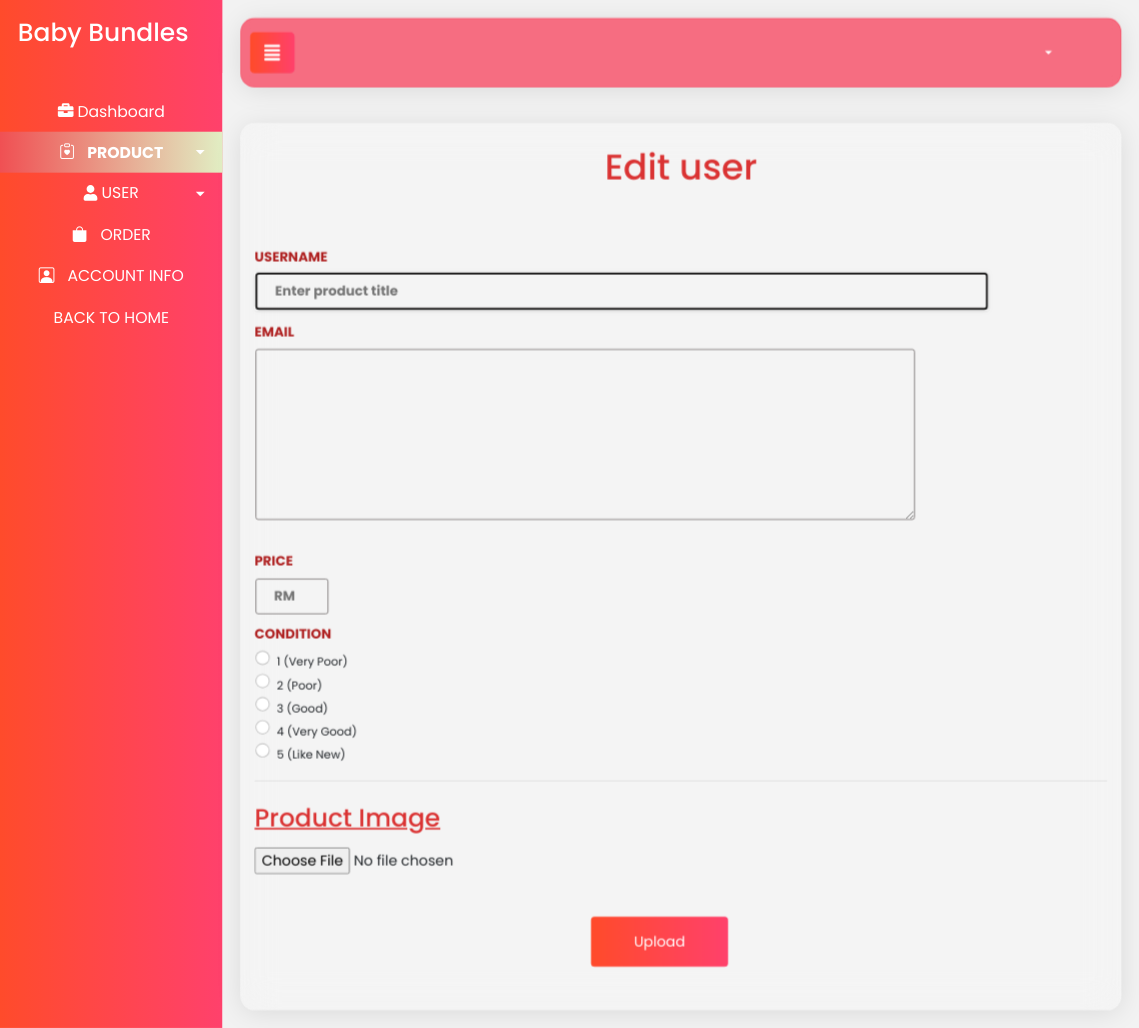
Repository: jiahow99/Baby-Bundles-University
Page: http://localhost/admin-edituser.php
The author's editor kept a copy of each file at every save. The page is drawn from the files as they stood at one save, then again after the next save.
The browser window is 1280 px wide. The pictures show the whole page, at 89% of full size.
Some web libraries are served in a nearby version. The page is run by PHP 8.4 with error messages shown; the project is at /var/www/html/.

Above is the page before, as saved 2022-11-25 00:57:45.

### admin-edituser.php
<!DOCTYPE html>
<html>

<head>
    <meta charset="utf-8">
    <meta name="viewport" content="width=device-width, initial-scale=1.0">
    <meta http-equiv="X-UA-Compatible" content="IE=edge">

    <title>Admin-Product</title>

    <!-- Bootstrap CSS CDN -->
    <link rel="stylesheet" href="https://stackpath.bootstrapcdn.com/bootstrap/4.1.0/css/bootstrap.min.css" integrity="sha384-9gVQ4dYFwwWSjIDZnLEWnxCjeSWFphJiwGPXr1jddIhOegiu1FwO5qRGvFXOdJZ4" crossorigin="anonymous">
    <!-- Our Custom CSS -->
    <link rel="stylesheet" href="css/admin.style.css">

    <!-- Font Awesome JS -->
    <script defer src="https://use.fontawesome.com/releases/v5.0.13/js/solid.js" integrity="sha384-tzzSw1/Vo+0N5UhStP3bvwWPq+uvzCMfrN1fEFe+xBmv1C/AtVX5K0uZtmcHitFZ" crossorigin="anonymous"></script>
    <script defer src="https://use.fontawesome.com/releases/v5.0.13/js/fontawesome.js" integrity="sha384-6OIrr52G08NpOFSZdxxz1xdNSndlD4vdcf/q2myIUVO0VsqaGHJsB0RaBE01VTOY" crossorigin="anonymous"></script>
    <!-- Bootstrap Icon -->
    <link rel="stylesheet" href="https://cdn.jsdelivr.net/npm/bootstrap-icons@1.3.0/font/bootstrap-icons.css">
    <!-- JQuery -->
    <script src="https://code.jquery.com/jquery-3.5.1.min.js"></script>
    <!-- Bootstrap Icon -->
    <link rel="stylesheet" href="https://cdn.jsdelivr.net/npm/bootstrap-icons@1.9.1/font/bootstrap-icons.css" integrity="sha384-xeJqLiuOvjUBq3iGOjvSQSIlwrpqjSHXpduPd6rQpuiM3f5/ijby8pCsnbu5S81n" crossorigin="anonymous">
    <!-- JavaScript Bundle with Popper -->
    <script src="https://cdn.jsdelivr.net/npm/bootstrap@5.2.3/dist/js/bootstrap.bundle.min.js" integrity="sha384-kenU1KFdBIe4zVF0s0G1M5b4hcpxyD9F7jL+jjXkk+Q2h455rYXK/7HAuoJl+0I4" crossorigin="anonymous"></script>
    <link href="http://cdnjs.cloudflare.com/ajax/libs/font-awesome/4.3.0/css/font-awesome.css" rel="stylesheet"  type='text/css'>


</head>

<body>

    <div class="wrapper">
        <!-- Sidebar  -->
        <?php require 'admin-sidebar.php' ?>

        <!-- Page Content  -->
        <div id="content" style="background-color:#F2F2F2">
            <?php require 'admin-topnavbar.php' ?>

            <form class="container glass" id="edit-product">
                <div class="row justify-content-center mt-4 mb-3">
                   <h1 style="color:#da3333">Edit user</h1>
                </div>
                <div class="row mt-5">
                    <label for="" class="name text-uppercase col-12">Username</label>
                    <input class="input--style-6 col-10 ml-3" type="text" name="title" placeholder="Enter product title" required autofocus>
                </div>

                <div class="row mb-4">
                    <label for="" class="name text-uppercase col-12">Email</label>
                    <textarea name="description" class="textarea--style-6 ml-3 col-9" id="" rows="5"></textarea>
                </div>

                <div class="row">
                    <label for="" class="name text-uppercase col-12">Price</label>
                    <input class="input--style-6 col-1 ml-3" type="text" name="title" placeholder="RM" required>
                </div>

                <div class="row">
                            <!-- Product Condition -->
                            <label for="" class="name text-uppercase col-12">Condition</label>
                                <div class="value ml-3">
                                    <div class="form-check form-check-inline">
                                        <input class="form-check-input" type="radio" name="condition" id="inlineRadio1" value="1">
                                        <label class="form-check-label small" for="inlineRadio1">1 (Very Poor)</label>
                                    </div>
                                    <div class="form-check form-check-inline">
                                        <input class="form-check-input" type="radio" name="condition" id="inlineRadio2" value="2">
                                        <label class="form-check-label small" for="inlineRadio2">2 (Poor)</label>
                                    </div>
                                    <div class="form-check form-check-inline">
                                        <input class="form-check-input" type="radio" name="condition" id="inlineRadio3" value="3">
                                        <label class="form-check-label small" for="inlineRadio3">3 (Good)</label>
                                    </div>
                                    <div class="form-check form-check-inline">
                                        <input class="form-check-input" type="radio" name="condition" id="inlineRadio4" value="4">
                                        <label class="form-check-label small" for="inlineRadio4">4 (Very Good)</label>
                                    </div>
                                    <div class="form-check form-check-inline">
                                        <input class="form-check-input" type="radio" name="condition" id="inlineRadio5" value="5">
                                        <label class="form-check-label small" for="inlineRadio5">5 (Like New)</label>
                                    </div>
                            </div>
                        </div>


                <hr>

                <h3 style="color:#da3333;text-decoration: underline;" class="mb-3 mt-4">Product Image</h3>
                <input type="file" name="image" id="">

                <div class="row justify-content-center my-5 ">
                    <button class="btn btn-primary px-5 py-3 mr-5" type="submit">Upload</button>
                </div>

            </form>
    </div>

    <!-- Popper.JS -->
    <script src="https://cdnjs.cloudflare.com/ajax/libs/popper.js/1.14.0/umd/popper.min.js" integrity="sha384-cs/chFZiN24E4KMATLdqdvsezGxaGsi4hLGOzlXwp5UZB1LY//20VyM2taTB4QvJ" crossorigin="anonymous"></script>
    <!-- Bootstrap JS -->
    <script src="https://stackpath.bootstrapcdn.com/bootstrap/4.1.0/js/bootstrap.min.js" integrity="sha384-uefMccjFJAIv6A+rW+L4AHf99KvxDjWSu1z9VI8SKNVmz4sk7buKt/6v9KI65qnm" crossorigin="anonymous"></script>

    <script type="text/javascript">
        $(document).ready(function () {
            $('#sidebarCollapse').on('click', function () {
                $('#sidebar').toggleClass('active');
                $('#dashboardlabel').toggleClass('d-none');
                $('#userlabel').toggleClass('d-none');
                $('#productlabel').toggleClass('d-none');
                $('#orderlabel').toggleClass('d-none');
                $('#accountlabel').toggleClass('d-none');
                $('#logoutlabel').toggleClass('d-none');
            });
        });
    </script>
</body>

</html>

### admin-sidebar.php
<!-- Sidebar  -->
<nav id="sidebar">
    <div class="sidebar-header">
        <h3>Baby Bundles</h3>
        <strong>BS</strong>
    </div>

    <ul class="list-unstyled components">
        <!-- Dashboard -->
        <li id="sidebar-dashboard">
            <a href="admin-dashboard.php">
                <i class="fas fa-briefcase"></i>
                <span id="dashboardlabel">Dashboard</span>
            </a>
        </li>
        <!-- Product -->
        <li id="sidebar-product">
            <a href="#homeSubmenu" data-toggle="collapse" aria-expanded="false" class="dropdown-toggle">
                <i class="bi bi-clipboard-heart"></i>
                <span id="productlabel">PRODUCT</span>
            </a>
            <ul class="collapse list-unstyled" id="homeSubmenu">
                <li>
                    <a href="admin-addproduct.php">ADD PRODUCT</a>
                </li>
                <li>
                    <a href="admin-viewproduct.php">DELETE PRODUCT</a>
                </li>
                <li>
                    <a href="admin-viewproduct.php">VIEW ALL</a>
                </li>
            </ul>
        </li>
        <!-- User -->
        <li id="sidebar-user">
            <a href="#pageSubmenu" data-toggle="collapse" aria-expanded="false" class="dropdown-toggle">
            <i class="fas fa-solid fa-user"></i>
                <span id="userlabel">USER</span>
            </a>
            <ul class="collapse list-unstyled" id="pageSubmenu">
                <li>
                    <a href="admin-viewuser.php">DELETE USER</a>
                </li>
                <li>
                    <a href="admin-viewuser.php">VIEW USERS</a>
                </li>
            </ul>
        </li>
        <!-- Order -->
        <li id="sidebar-order">
            <a href="admin-vieworder.php">
            <i class="bi bi-bag-fill"></i>
                <span id="orderlabel">ORDER</span>
            </a>
        </li>
        <!-- Account Info -->
        <li>
            <a href="account-info.php">
                <i class="bi bi-person-square"></i>
                <span id="accountlabel">ACCOUNT INFO</span>
            </a>
        </li>
        <!-- Back to home -->
        <li>
            <a href="index.php">
                <span id="logoutlabel">BACK TO HOME</span>
            </a>
        </li>
    </ul>
</nav>

<script>

  // Add 'active' class to navigation
  function activeNav(id){
    var nav = document.getElementById(id);
    nav.classList.add('active');
  }

  var title = document.title;

  switch(title){
    case 'Admin-Product':
      activeNav('sidebar-product');
      break;
    case 'Admin-User':
      activeNav('sidebar-user');
      break;
    case 'Admin-Order':
      activeNav('sidebar-order');
      break;
    case 'Admin-Dashboard':
      activeNav('sidebar-dashboard');
      break;
  }
</script>

### admin-topnavbar.php
<nav class="navbar navbar-expand-lg navbar-light bg-admin">
    <div class="container-fluid pl-0">

        <button type="button" id="sidebarCollapse" class="btn-lg btn-primary">
            <i class="fas fa-align-justify"></i>
            <!-- <span>Toggle Sidebar</span> -->
        </button>
        <button class="btn btn-dark d-inline-block d-lg-none ml-auto" type="button" data-toggle="collapse" data-target="#navbarSupportedContent" aria-controls="navbarSupportedContent" aria-expanded="false" aria-label="Toggle navigation">
            <i class="fas fa-align-justify"></i>
        </button>

        <div class="collapse navbar-collapse" id="navbarSupportedContent">
            <ul class="nav navbar-nav ml-auto">
                <li class="nav-item dropdown mx-lg-3 col-2 col-lg-1" >
                    <a href="#" class="nav-link dropdown-toggle user-account text-white" id="userDropdownMenuLink" data-bs-toggle="dropdown" aria-haspopup="true" aria-expanded="false">
                    <?php
                    // Username
                    if(isset($_COOKIE['username'])){
                        echo $_COOKIE['username'];
                    }
                    ?>
                    </a>
                    <div class="dropdown-menu text-sm " aria-labelledby="userDropdownMenuLink">
                        <a href="account-info.php" class="dropdown-item">Account</a>
                        <a href="index.php" class="dropdown-item">Back to home</a>
                        <a href="logout.php" class="dropdown-item">Logout</a>
                    </div>
                </li>
            </ul>
        </div>
    </div>
</nav>

### css/admin.style.css
/*
    DEMO STYLE
*/

@import "https://fonts.googleapis.com/css?family=Poppins:300,400,500,600,700";

body {
    font-family: 'Poppins', sans-serif;
    background: #fafafa;
}

p {
    font-family: 'Poppins', sans-serif;
    font-size: 1.1em;
    font-weight: 300;
    line-height: 1.7em;
    color: #999;
}

a,
a:hover,
a:focus {
    color: inherit;
    text-decoration: none;
    transition: all 0.3s;
}

.navbar {
    padding: 15px 10px;
    background: #fff;
    border: none;
    border-radius: 0;
    margin-bottom: 40px;
    box-shadow: 1px 1px 3px rgba(0, 0, 0, 0.1);
}

.navbar-btn {
    box-shadow: none;
    outline: none !important;
    border: none;
}

.line {
    width: 100%;
    height: 1px;
    border-bottom: 1px dashed #ddd;
    margin: 40px 0;
}

i,
span {
    display: inline-block;
}

/* ---------------------------------------------------
    SIDEBAR STYLE
----------------------------------------------------- */

.wrapper {
    display: flex;
    align-items: stretch;
}

#sidebar {
    min-width: 250px;
    max-width: 250px;
    background: #FF416C;  /* fallback for old browsers */
    background: -webkit-linear-gradient(to right, #FF4B2B, #FF416C);  /* Chrome 10-25, Safari 5.1-6 */
    background: linear-gradient(to right, #FF4B2B, #FF416C); /* W3C, IE 10+/ Edge, Firefox 16+, Chrome 26+, Opera 12+, Safari 7+ */
    color: #fff;
    transition: all 0.3s;
}

#sidebar.active {
    min-width: 80px;
    max-width: 80px;
    text-align: center;
}

#sidebar.active .sidebar-header h3,
#sidebar.active .CTAs {
    display: none;
}

#sidebar.active .sidebar-header strong {
    display: block;
}

#sidebar ul li a {
    text-align: left;
}

#sidebar.active ul li a {
    padding: 20px 10px;
    text-align: center;
    font-size: 0.85em;
}

#sidebar.active ul li a i {
    margin-right: 0;
    display: block;
    font-size: 1.8em;
    margin-bottom: 5px;
}

#sidebar.active ul ul a {
    padding: 10px !important;
}

#sidebar.active .dropdown-toggle::after {
    top: auto;
    bottom: 10px;
    right: 50%;
    -webkit-transform: translateX(50%);
    -ms-transform: translateX(50%);
    transform: translateX(50%);
}

#sidebar .sidebar-header {
    padding: 20px;
    background: #FF416C;  /* fallback for old browsers */
    background: -webkit-linear-gradient(to right, #FF4B2B, #FF416C);  /* Chrome 10-25, Safari 5.1-6 */
    background: linear-gradient(to right, #FF4B2B, #FF416C); /* W3C, IE 10+/ Edge, Firefox 16+, Chrome 26+, Opera 12+, Safari 7+ */
}

#sidebar .sidebar-header strong {
    display: none;
    font-size: 1.8em;
}

#sidebar ul.components {
    padding: 20px 0;
}

#sidebar ul li a {
    padding: 10px;
    font-size: 1.1em;
    display: block;
    text-align: center;
}

#sidebar ul li a:hover {
    color: #dc1522;
    background: #fff;
    font-weight: bolder;
}

#sidebar ul li a i {
    margin-right: 10px;
}

#sidebar ul li.active>a,
a[aria-expanded="true"] {
    color: #fff;
    background: #e1eec3;  /* fallback for old browsers */
    background: -webkit-linear-gradient(to right, #f05053, #e1eec3);  /* Chrome 10-25, Safari 5.1-6 */
    background: linear-gradient(to right, #f05053, #e1eec3); /* W3C, IE 10+/ Edge, Firefox 16+, Chrome 26+, Opera 12+, Safari 7+ */
    font-weight: bolder;
}

a[data-toggle="collapse"] {
    position: relative;
}

.dropdown-toggle::after {
    display: block;
    position: absolute;
    top: 50%;
    right: 20px;
    transform: translateY(-50%);
}

ul ul a {
    font-size: 0.9em !important;
    padding-left: 30px !important;
    background: #6d7fcc;
}

ul.CTAs {
    padding: 20px;
}

ul.CTAs a {
    text-align: center;
    font-size: 0.9em !important;
    display: block;
    border-radius: 5px;
    margin-bottom: 5px;
}

a.download {
    background: #fff;
    color: #7386D5;
}

a.article,
a.article:hover {
    background: #6d7fcc !important;
    color: #fff !important;
}

/* ---------------------------------------------------
    CONTENT STYLE
----------------------------------------------------- */

#content {
    width: 100%;
    padding: 20px;
    min-height: 100vh;
    transition: all 0.3s;
}

/* ---------------------------------------------------
    MEDIAQUERIES
----------------------------------------------------- */

@media (max-width: 768px) {
    #sidebar {
        min-width: 80px;
        max-width: 80px;
        text-align: center;
        margin-left: -80px !important;
    }
    .dropdown-toggle::after {
        top: auto;
        bottom: 10px;
        right: 50%;
        -webkit-transform: translateX(50%);
        -ms-transform: translateX(50%);
        transform: translateX(50%);
    }
    #sidebar.active {
        margin-left: 0 !important;
    }
    #sidebar .sidebar-header h3,
    #sidebar .CTAs {
        display: none;
    }
    #sidebar .sidebar-header strong {
        display: block;
    }
    #sidebar ul li a {
        padding: 20px 10px;
    }
    #sidebar ul li a span {
        font-size: 0.85em;
    }
    #sidebar ul li a i {
        margin-right: 0;
        display: block;
    }
    #sidebar ul ul a {
        padding: 10px !important;
    }
    #sidebar ul li a i {
        font-size: 1.3em;
    }
    #sidebar {
        margin-left: 0;
    }
    #sidebarCollapse span {
        display: none;
    }
}

#homeSubmenu li a,#pageSubmenu li a{
    background: #ED213A;  /* fallback for old browsers */
    background: -webkit-linear-gradient(to right, #93291E, #ED213A);  /* Chrome 10-25, Safari 5.1-6 */
    background: linear-gradient(to right, #93291E, #ED213A); /* W3C, IE 10+/ Edge, Firefox 16+, Chrome 26+, Opera 12+, Safari 7+ */



}

.btn-primary{
    background: #ffffff;  /* fallback for old browsers */
    background: -webkit-linear-gradient(to right, #FF4B2B, #FF416C);  /* Chrome 10-25, Safari 5.1-6 */
    background: linear-gradient(to right, #FF4B2B, #FF416C); /* W3C, IE 10+/ Edge, Firefox 16+, Chrome 26+, Opera 12+, Safari 7+ */
    border: 0;
    cursor: pointer;
}

.glass{
/* From https://css.glass */
background: rgba(255, 255, 255, 0.18);
border-radius: 16px;
box-shadow: 0 4px 30px rgba(0, 0, 0, 0.1);
backdrop-filter: blur(20px);
-webkit-backdrop-filter: blur(20px);
border: 1px solid rgba(255, 255, 255, 0.13);
}

.input--style-6, .textarea--style-6 {
    background: transparent;
    line-height: 38px;
    border: 1px solid #7b7676;
    -webkit-border-radius: 3px;
    -moz-border-radius: 3px;
    border-radius: 3px;
    color: #666;
    font-size: 15px;
    font-weight: bold;
    -webkit-transition: all 0.4s ease;
    -o-transition: all 0.4s ease;
    -moz-transition: all 0.4s ease;
    transition: all 0.4s ease;
    padding: 0 20px;
}

.input--style-6:focus,
.textarea--style-6:focus {
  -webkit-box-shadow: 0px 1px 5px 0px rgba(0, 0, 0, 0.15);
  -moz-box-shadow: 0px 1px 5px 0px rgba(0, 0, 0, 0.15);
  box-shadow: 0px 1px 5px 0px rgba(0, 0, 0, 0.15);
  -webkit-transform: translateY(-3px);
  -moz-transform: translateY(-3px);
  -ms-transform: translateY(-3px);
  -o-transform: translateY(-3px);
  transform: translateY(-3px);
  border: 2px solid #7b7676;

}

.name{
    width: 188px;
  color: rgb(175, 33, 33);
  font-size: 15px;
  font-weight: 700;
  margin-top: 11px;
  font-family: "Poppins", sans-serif;
}

.form-check {
    display: block;
    min-height: 1.5rem;
    padding-left: 1.5em;
    margin-bottom: 0.125rem;
}

.form-check .form-check-input {
float: left;
margin-left: -1.5em;
}

.form-check-input {
width: 1em;
height: 1em;
margin-top: 0.25em;
vertical-align: top;
background-color: #fff;
background-repeat: no-repeat;
background-position: center;
background-size: contain;
border: 1px solid rgba(0, 0, 0, 0.25);
-webkit-appearance: none;
-moz-appearance: none;
appearance: none;
-webkit-print-color-adjust: exact;
color-adjust: exact;
}

.form-check-input[type="checkbox"] {
border-radius: 0.25em;
}

.form-check-input[type="radio"] {
border-radius: 50%;
}

.form-check-input:active {
filter: brightness(90%);
}

.form-check-input:focus {
border-color: #ed9999;
outline: 0;
box-shadow: 0 0 0 0.25rem rgba(218, 51, 51, 0.25);
}

.form-check-input:checked {
background-color: #da3333;
border-color: #da3333;
}

.form-check-input:checked[type="checkbox"] {
background-image: url("data:[embedded picture, 214 characters]");
}

.form-check-input:checked[type="radio"] {
background-image: url("data:[embedded picture, 126 characters]");
}

.form-check-input[type="checkbox"]:indeterminate {
background-color: #da3333;
border-color: #da3333;
background-image: url("data:[embedded picture, 208 characters]");
}

.form-check-input:disabled {
pointer-events: none;
filter: none;
opacity: 0.5;
}

.form-check-input[disabled] ~ .form-check-label, .form-check-input:disabled ~ .form-check-label {
opacity: 0.5;
}

.form-switch {
padding-left: 2.5em;
}

.form-switch .form-check-input {
width: 2em;
margin-left: -2.5em;
background-image: url("data:[embedded picture, 143 characters]");
background-position: left center;
border-radius: 2em;
transition: background-position 0.15s ease-in-out;
}

.user{
    color: black;
    font-weight: bold;
}

.user-row{
    border: 1px solid black;
}

.bg-admin{
/* From https://css.glass */
background: rgba(248, 40, 70, 0.66);
border-radius: 16px;
box-shadow: 0 4px 30px rgba(0, 0, 0, 0.1);
backdrop-filter: blur(6.9px);
-webkit-backdrop-filter: blur(6.9px);
border: 1px solid rgba(248, 40, 70, 0.3);
}

After the next save:
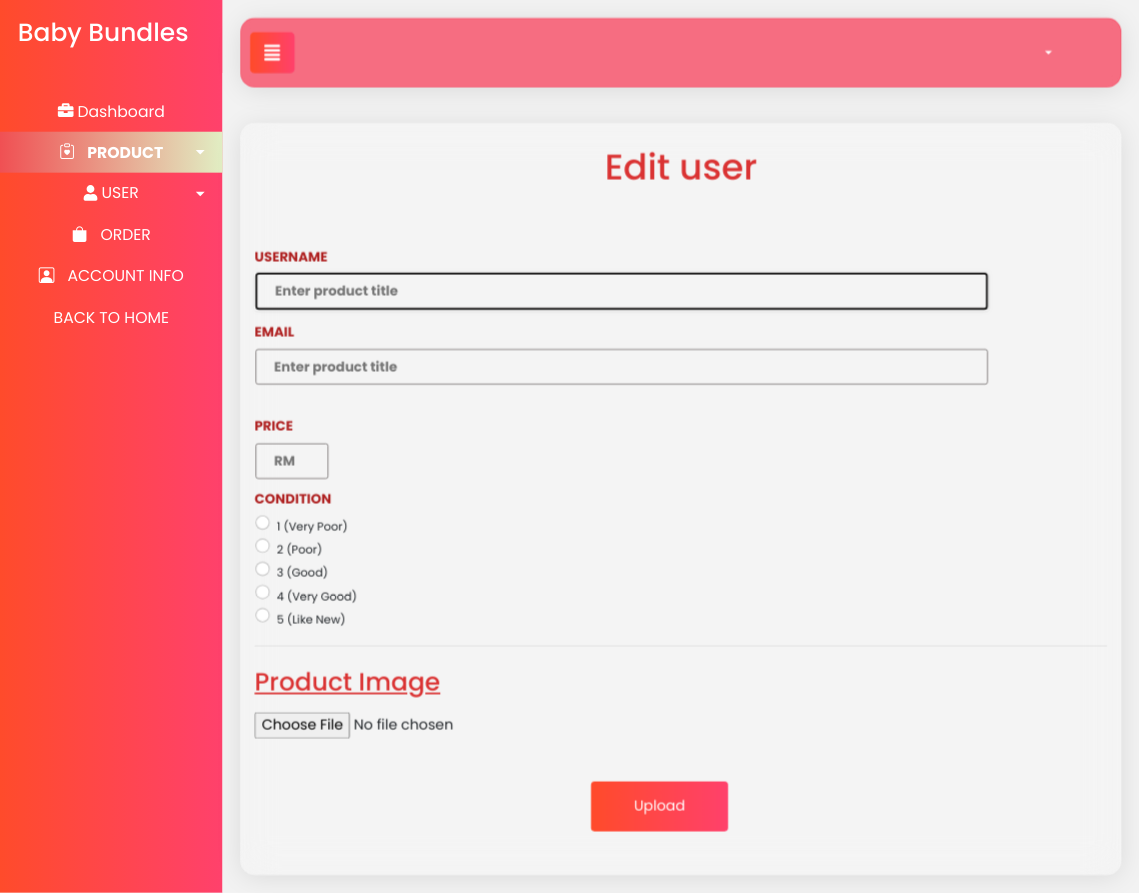
Saved 13 s later.
--- a/admin-edituser.php
+++ b/admin-edituser.php
@@ -50,7 +50,7 @@
 
                 <div class="row mb-4">
                     <label for="" class="name text-uppercase col-12">Email</label>
-                    <textarea name="description" class="textarea--style-6 ml-3 col-9" id="" rows="5"></textarea>
+                    <input class="input--style-6 col-10 ml-3" type="text" name="title" placeholder="Enter product title" required autofocus>
                 </div>
 
                 <div class="row">
